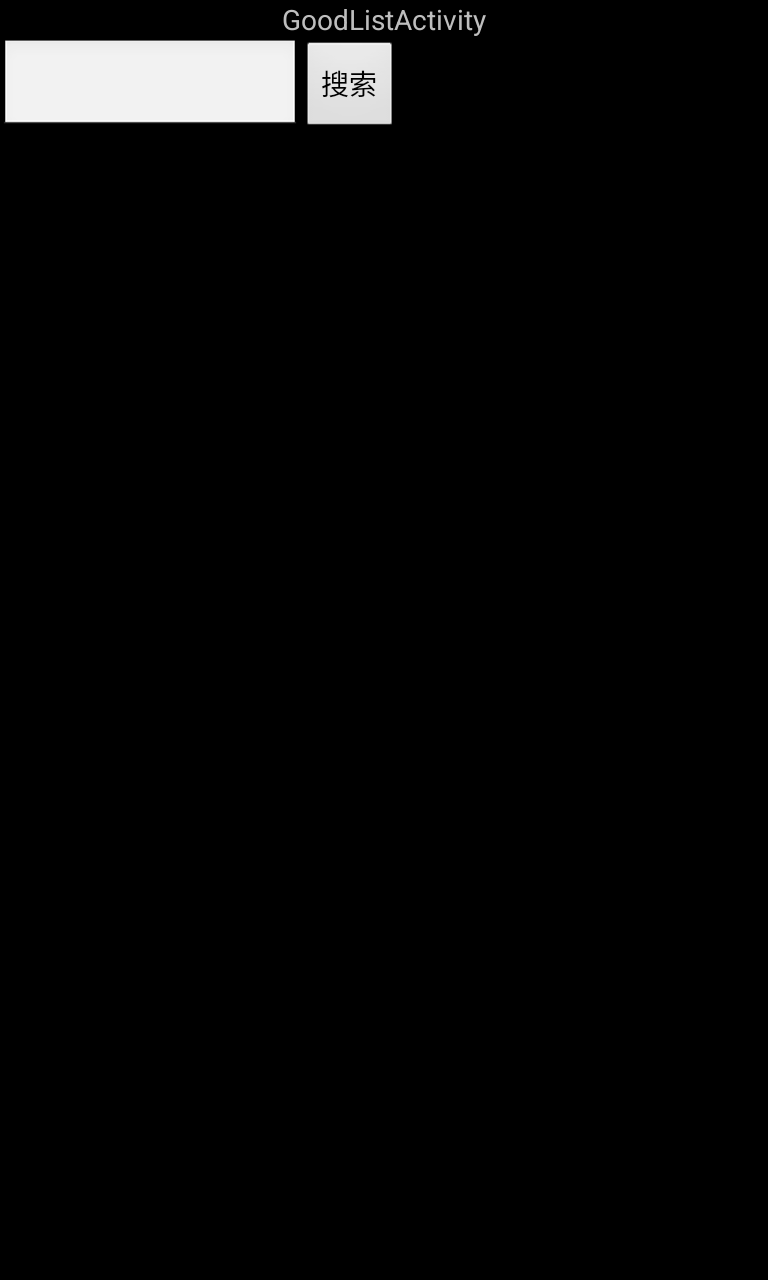
Repository: jcyfkimi/Android-TaoTao
Layout: TaoTao/res/layout/buyergoodlist.xml
The author's editor kept a copy of each file at every save. The layout is drawn from the files as they stood at one save, then again after the next save.
It is drawn on a 768 x 1280 px phone screen (xhdpi) without system bars, with theme android:Theme; the app's code is not run. Lists and similar views that code fills are empty.

Above is the layout before, as saved 2011-09-15 06:49:50.

After the next save:
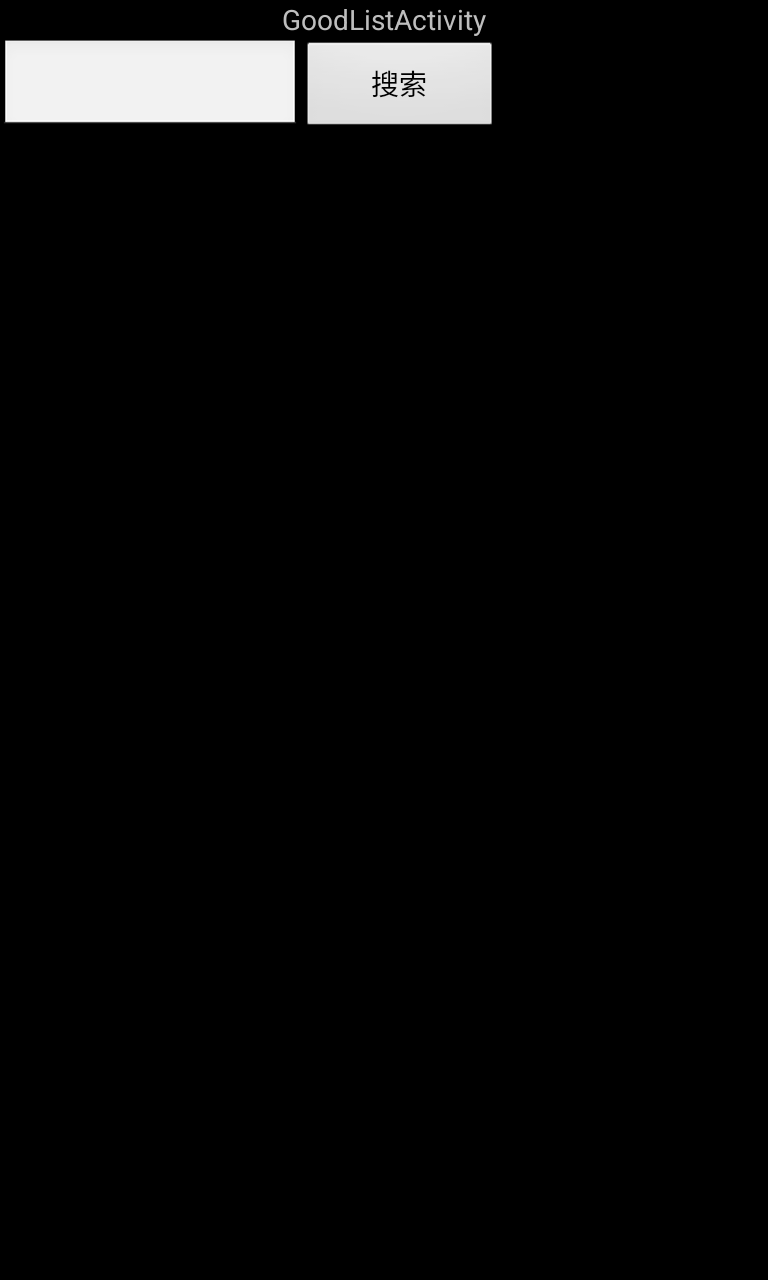
Saved 48 s later.
--- a/TaoTao/res/layout/buyergoodlist.xml
+++ b/TaoTao/res/layout/buyergoodlist.xml
@@ -20,7 +20,7 @@
 	    	android:layout_height="wrap_content"
 	    	/>
 	    <Button android:id="@+id/searchbtn"
-	    	android:layout_width="50dip"
+	    	android:layout_width="100dip"
 	    	android:layout_height="wrap_content"
 	    	android:text="@string/searchbtn"/>
 	    </LinearLayout>
